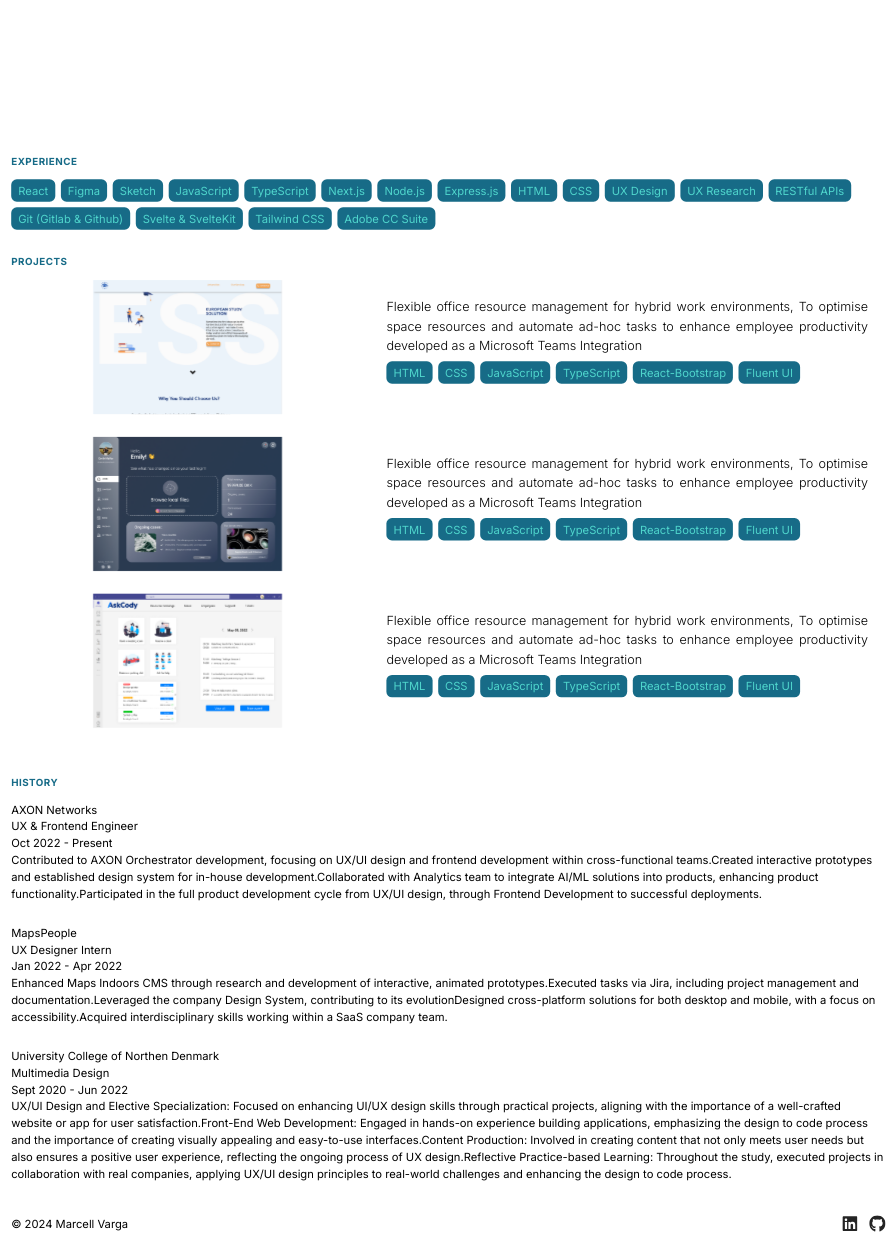
Repository: TheMarcellVarga/personal-portfolio-v.2
Page: /
The author's editor kept a copy of each file at every save. The page is drawn from the files as they stood at one save, then again after a run of saves.
The browser window is 1280 px wide. The pictures show the part of the page from y = 1353 to 3273 px (the page is 3129 px tall before and 3273 px after), at 70% of full size.
The project was rebuilt for these pictures with package versions that can differ from the ones it lists, and the page was loaded fresh each time. The framework's server and built-in components were replaced by stand-ins that run in the browser. Also part of the build but not shown: next.config.mjs.

Above is the page before, as saved 2024-04-25 23:34:22.

After the next 2 saves:
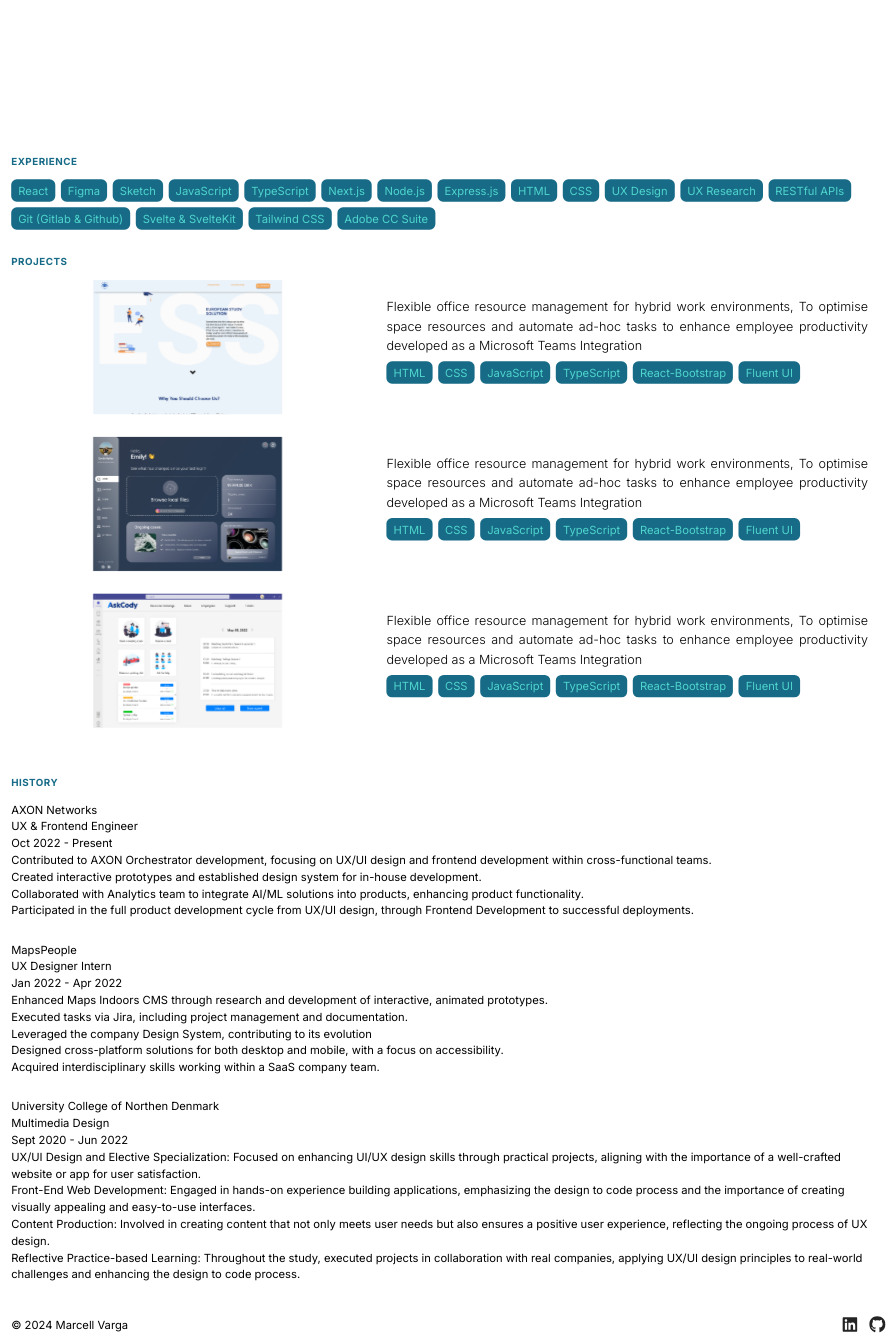
The 2 saves are shown as one change because they came seconds apart.
The last was saved 41 s later.
--- a/app/page.tsx
+++ b/app/page.tsx
@@ -357,7 +357,9 @@ export default function Page() {
                     {item.time.end ? item.time.end : "Present"}
                   </h4>
                   <p>
-                    {item.description}
+                    {item.description.map((desc, index) => (
+                      <p key={index}>{desc}</p>
+                    ))}
                   </p>
                 </div>
                 {/* Render other properties as needed */}
